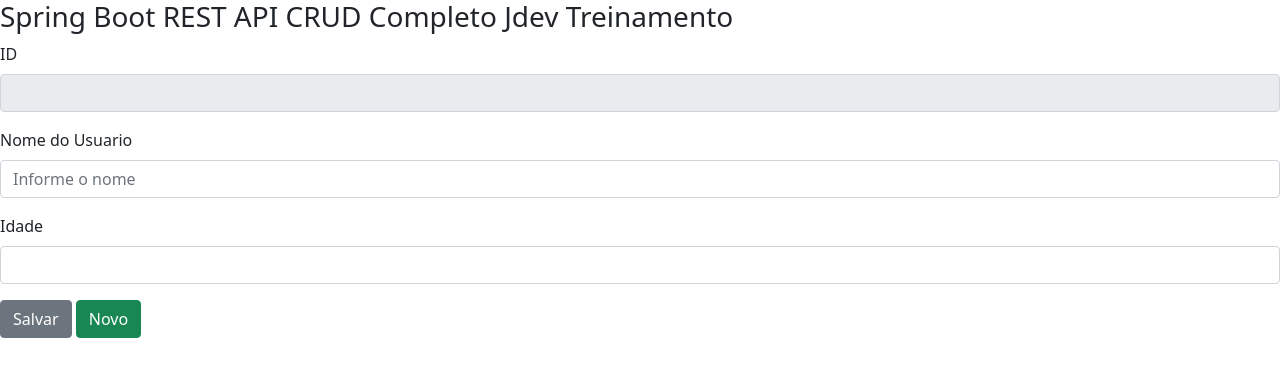
Repository: HallyssonKaynan/tccbancodedados
Page: eclipse-workspace/springboot-rest-api-sample/src/main/resources/static/index.html
The author's editor kept a copy of each file at every save. The page is drawn from the files as they stood at one save, then again after the next save.
The browser window is 1280 px wide. The pictures show the whole page.

Above is the page before, as saved 2022-08-24 19:22:42.

### eclipse-workspace/springboot-rest-api-sample/src/main/resources/static/index.html
<!DOCTYPE html>
<html lang="en">
<head>
<meta charset="UTF-8">
<title>Insert title here</title>
</head>
<link href="https://cdn.jsdelivr.net/npm/bootstrap@5.0.2/dist/css/bootstrap.min.css" rel="stylesheet" integrity="sha384-EVSTQN3/azprG1Anm3QDgpJLIm9Nao0Yz1ztcQTwFspd3yD65VohhpuuCOmLASjC" crossorigin="anonymous">
<body>
<h3> Spring Boot REST API CRUD Completo Jdev Treinamento</h3>

<form action="" id "formCadastroUser">

<div class="mb-3">
  <label for="id" class="form-label">ID</label>
  <input type="text" class="form-control" id="id" readonly="readonly">
</div>

<div class="mb-3">
  <label for="nome" class="form-label">Nome do Usuario</label>
  <input type="text" class="form-control" id="nome" placeholder="Informe o nome" required="required">
</div>

<div class="mb-3">
  <label for="idade" class="form-label">Idade</label>
  <input type="number" class="form-control" id="idade">
</div>

</form>

<button type="button" class="btn btn-secondary" onclick="salvarUsuario()">Salvar</button>
<button type="button" class="btn btn-success" onclick="document.getElementById('formCadastroUser').reset();">Novo</button>

<script src="https://code.jquery.com/jquery-3.6.0.min.js" integrity="sha256-/xUj+3OJU5yExlq6GSYGSHk7tPXikynS7ogEvDej/m4=" crossorigin="anonymous"></script>

<script src="https://cdn.jsdelivr.net/npm/bootstrap@5.0.2/dist/js/bootstrap.bundle.min.js" integrity="sha384-MrcW6ZMFYlzcLA8Nl+NtUVF0sA7MsXsP1UyJoMp4YLEuNSfAP+JcXn/tWtIaxVXM" crossorigin="anonymous"></script>

<script type="text/javascript">
function salvarUsuario(){

     var id = $("#id").val();
     var nome = $("#nome").val();
     var idade = $("#idade").val();

     $.ajax({
    	 method: "POST",
    	 url: "salvar",
    	 data: JSON.stringify({id : id, nome : nome, idade : idade}),
    	 contentType: "application/json; charset=utf-8",
    	 success: function (response) {
    		 $("#id").val(response.id);
    		 alert("Gravou com sucesso")
    	 }
     }).fail(function (xhr, status, errorThrown) {
    	 alert("Erro ao salvar usuario: " + xhr.responseText);
     });
}
</script>
</body>
</html>

After the next save:
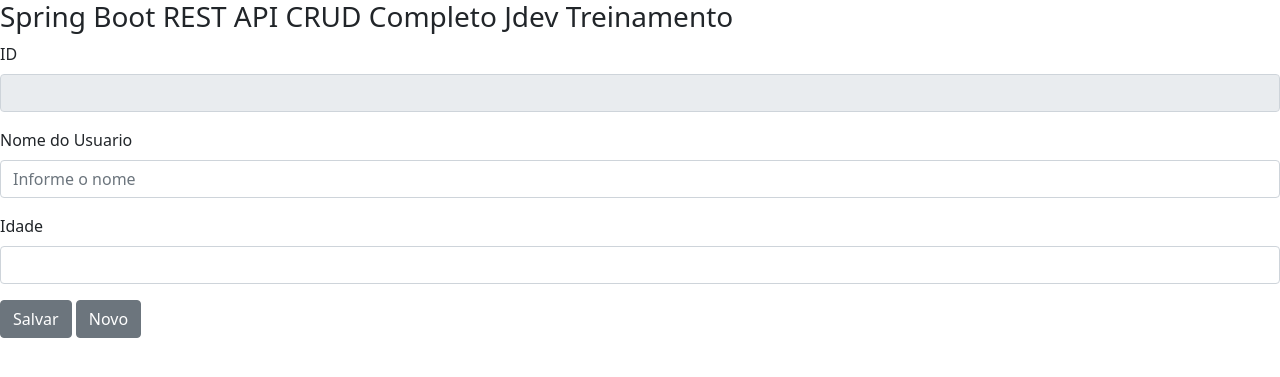
Saved 9 min 43 s later.
--- a/eclipse-workspace/springboot-rest-api-sample/src/main/resources/static/index.html
+++ b/eclipse-workspace/springboot-rest-api-sample/src/main/resources/static/index.html
@@ -28,7 +28,7 @@
 </form>
 
 <button type="button" class="btn btn-secondary" onclick="salvarUsuario()">Salvar</button>
-<button type="button" class="btn btn-success" onclick="document.getElementById('formCadastroUser').reset();">Novo</button>
+<button type="button" class="btn btn-secondary" onclick="document.getElementById('formCadastroUser').reset();">Novo</button>
 
 <script src="https://code.jquery.com/jquery-3.6.0.min.js" integrity="sha256-/xUj+3OJU5yExlq6GSYGSHk7tPXikynS7ogEvDej/m4=" crossorigin="anonymous"></script>
 

After the save that followed:
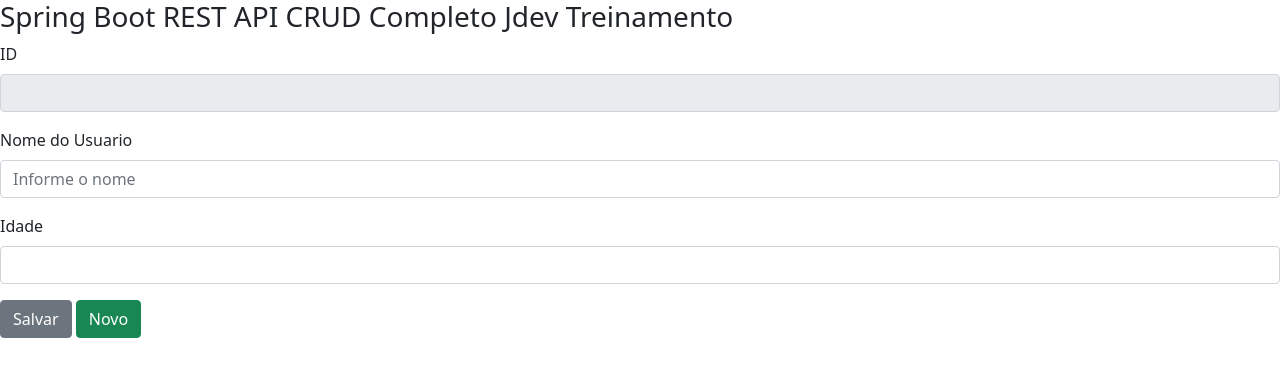
Saved 2 min 47 s later.
--- a/eclipse-workspace/springboot-rest-api-sample/src/main/resources/static/index.html
+++ b/eclipse-workspace/springboot-rest-api-sample/src/main/resources/static/index.html
@@ -28,7 +28,7 @@
 </form>
 
 <button type="button" class="btn btn-secondary" onclick="salvarUsuario()">Salvar</button>
-<button type="button" class="btn btn-secondary" onclick="document.getElementById('formCadastroUser').reset();">Novo</button>
+<button type="button" class="btn btn-success" onclick="document.getElementById('formCadastroUser').reset();">Novo</button>
 
 <script src="https://code.jquery.com/jquery-3.6.0.min.js" integrity="sha256-/xUj+3OJU5yExlq6GSYGSHk7tPXikynS7ogEvDej/m4=" crossorigin="anonymous"></script>
 
